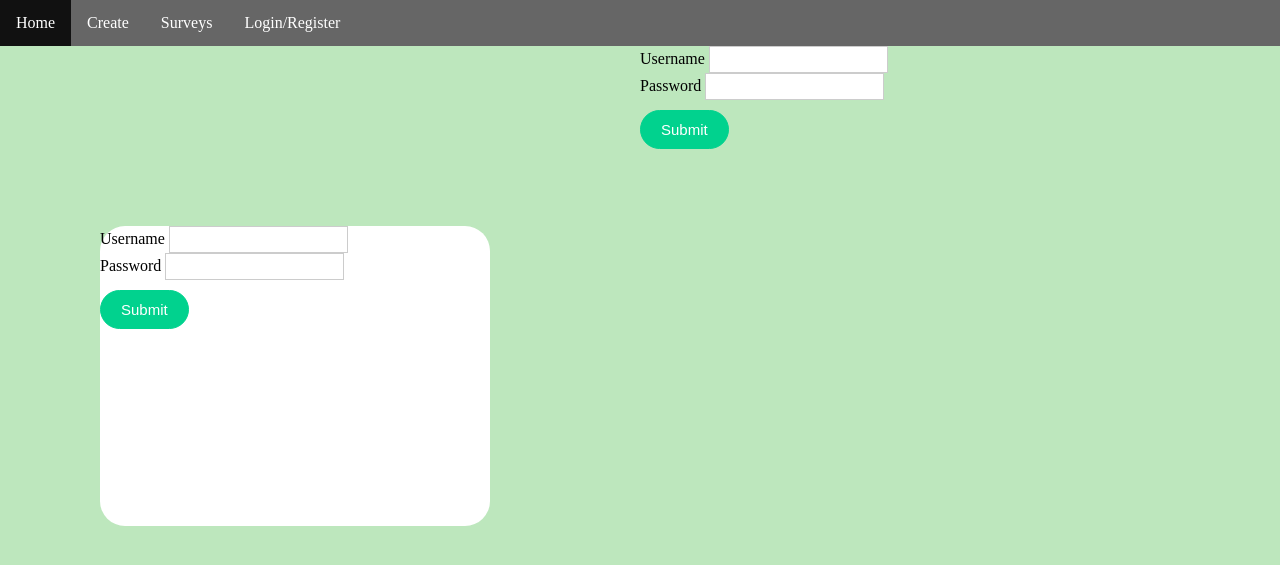
Repository: cakuang1/QuickSurveyReact
Page: /login
An editor plug-in stored every save of this project. The page is shown before and after the next save, followed by the edit.
The browser window is 1280 px wide. The pictures show the whole page.
The project was rebuilt for these pictures with package versions that can differ from the ones it lists, and the page was loaded fresh each time. Also part of the build but not shown: src/pages/create.js, src/pages/home.js, src/pages/pastsurveys.js.

Above is the page before, as saved 2022-07-21 14:30:11.

### src/index.css
* {
  padding: 0;
  margin: 0;
}

body {


  background-color: rgb(189, 231, 189);



}

### src/App.js
import Create from './pages/create'
import Home from './pages/home'
import CreatedSurveys from './pages/pastsurveys'
import Nav from './components/Nav/Nav';
import Login from "./pages/login"

import {BrowserRouter,Route,Routes} from "react-router-dom";





function App() {
  return (
  <BrowserRouter>
    <Nav/>



    <Routes>
      <Route path='/' element = {<Home/>}></Route>
      <Route path = 'create' element = {<Create/>}></Route>
      <Route path = 'created' element = {<CreatedSurveys/>}></Route>
      <Route path = 'login' element = {<Login/>}></Route>
    </Routes>

  </BrowserRouter>

  );
}

export default App;

### src/components/Nav/Nav.js
import React,{useState} from "react";
import { NavLink } from "react-router-dom";
import './nav.css'



export default function Nav() {

    return (
        <div className="Nav">
            <ul>
                <li className="nav"><NavLink to = "/">Home</NavLink></li>
                <li className="nav"><NavLink to = "create">Create</NavLink></li>
                <li className="nav"><NavLink to = "created">Surveys</NavLink></li>
                <li className="nav"><NavLink to = "login">Login/Register</NavLink></li>
            </ul>
        </div>
    )




}

### src/pages/login.js
import React from 'react'
import './login.css'


function Loginform() {
  function handleSubmit() {




  }
  return (
    <div className='loginform'>
      <h1></h1>
      <form>
        <div className="input-container">
          <label>Username </label>
          <input type="text" name="uname" required />

        </div>
        <div className="input-container">
          <label>Password </label>
          <input type="password" name="pass" required />

        </div>
        <div className="button-container">
          <input type="submit" />
        </div>
      </form>
    </div>
  )



}


function Registerform() {
  return (
  <div className='registerform'>
      <form>
        <div className="input-container">
          <label>Username </label>
          <input type="text" name="uname" required />

        </div>
        <div className="input-container">
          <label>Password </label>
          <input type="password" name="pass" required />

        </div>
        <div className="button-container">
          <input type="submit" />
        </div>
      </form>
  </div>
  )




}







export default function Login() {

  return (
    <div className='lrcontainer'>
      <div className='logincontainer'>
        <Loginform/>
      </div>
      <div className='registercontainer'>
        <Registerform/>
      </div>
    </div>

  )
}

### src/pages/home.css
h1 {



}


ol {
    font-size: large;




}

### src/components/Nav/nav.css
ul {
    list-style-type: none;
    margin: 0;
    padding: 0;
    overflow: hidden;
    background-color: #666;
  }

  .nav {
    float: left;
  }

  .nav a {
    display: block;
    color: white;
    text-align: center;
    padding: 14px 16px;
    text-decoration: none;
  }



  /* Change the link color to #111 (black) on hover */
  .nav a:hover {
    background-color: #111;
  }

### src/pages/login.css
.lrcontainer {
    display: flex;
}

.logincontainer {
    width: 50%;
    height: 100%;

}

.loginform {
    background-color: white;
    margin: 180px 150px 0px 100px;
    height: 300px;
    border-radius: 25px;

}


.registercontainer {
    width:50%
}

input[type="text"],
input[type="password"] {
  height: 25px;
  border: 1px solid rgba(0, 0, 0, 0.2);
}
input[type="submit"] {
    border-radius: 25px;
    margin-top: 10px;
    cursor: pointer;
    font-size: 15px;
    background: #01d28e;
    border: 1px solid #01d28e;
    color: #fff;
    padding: 10px 20px;
  }

Loaded but not shown: public/index.html (common file); src/index.js (common file)

After the next save:
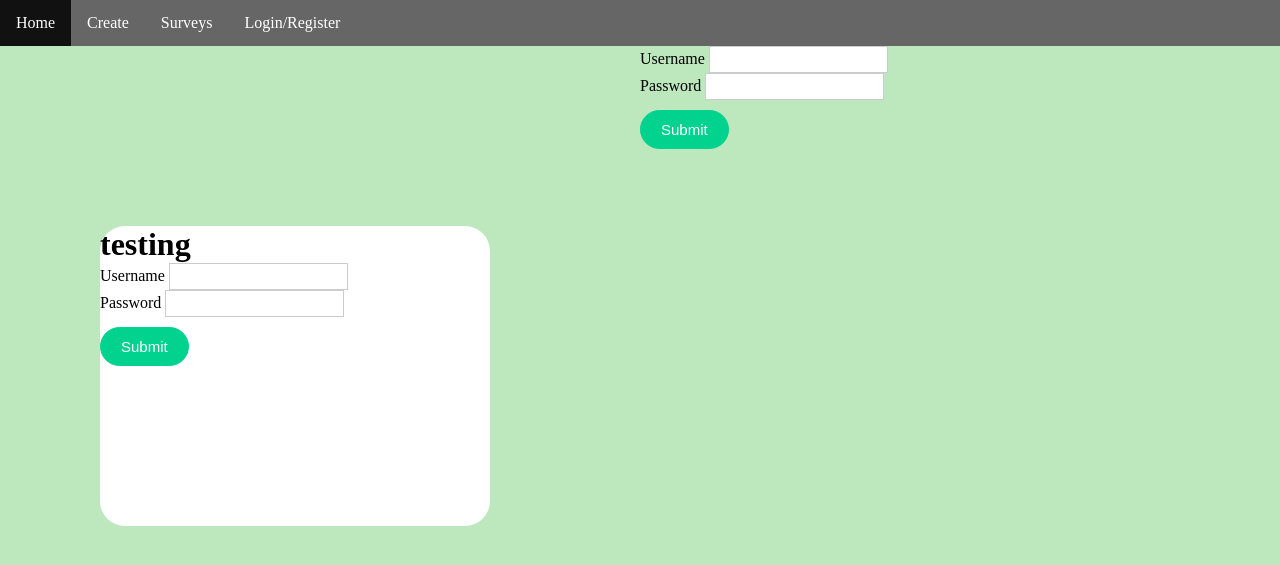
Saved 5 s later.
--- a/src/pages/login.js
+++ b/src/pages/login.js
@@ -11,7 +11,7 @@ function Loginform() {
   }
   return (
     <div className='loginform'>
-      <h1></h1>
+      <h1>testing</h1>
       <form>
         <div className="input-container">
           <label>Username </label>
